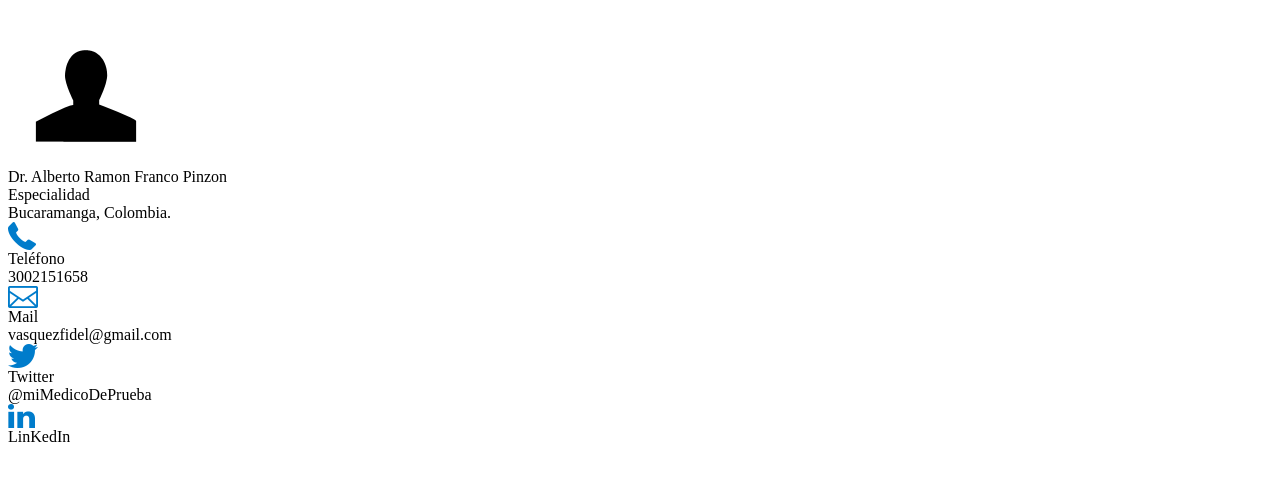
Repository: pacoigloo/Anexia
Page: detalle-medico.html
The author's editor kept a record of every edit. The page is drawn from the files as they stood at one moment, then again after the next edit.
The browser window is 1280 px wide. The pictures show the whole page.

Above is the page before.

After the next edit:
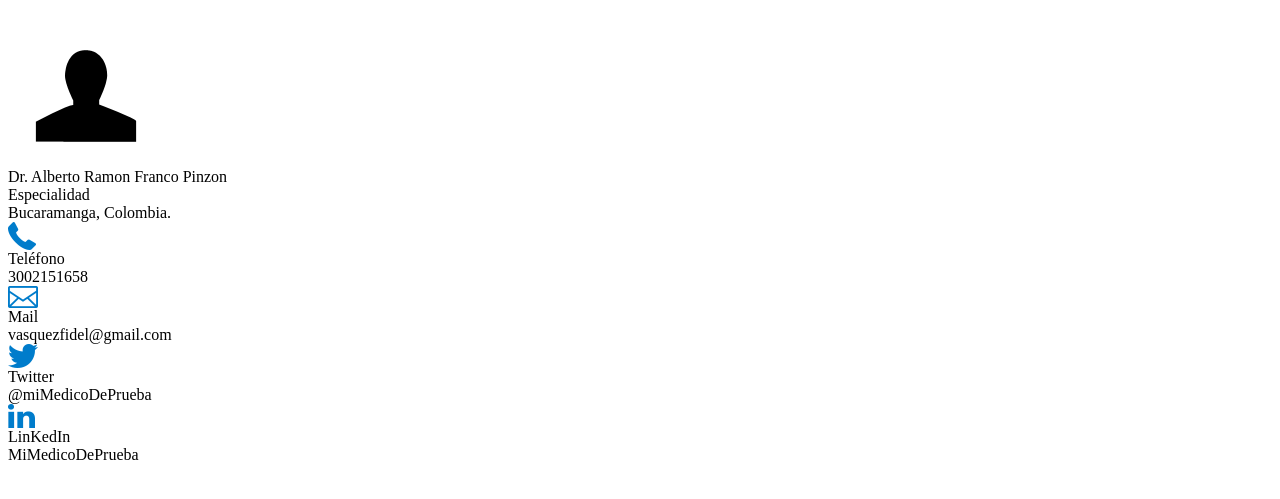
The edit:
--- a/detalle-medico.html
+++ b/detalle-medico.html
@@ -26,5 +26,6 @@
     <div class="detalle-metodo">
         <img src="img/linkedin.png" alt="linkedin"/>
         <div>LinKedIn</div>
+        <div>MiMedicoDePrueba</div>
     </div>
 </div>
